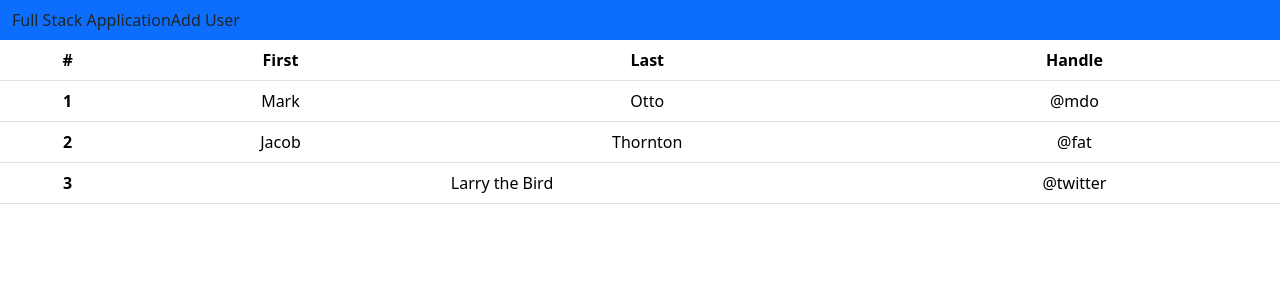
Repository: rajratangm/spring
Page: /adduser (app in front/)
These files come from the project's save history. The page is drawn as it stood at one moment and after a run of saves; the edit follows.
The browser window is 1280 px wide. The pictures show the whole page.
The project was rebuilt for these pictures with package versions that can differ from the ones it lists, and the page was loaded fresh each time.

Above is the page before, as saved 2024-05-19 17:37:48.

After the next 3 saves:
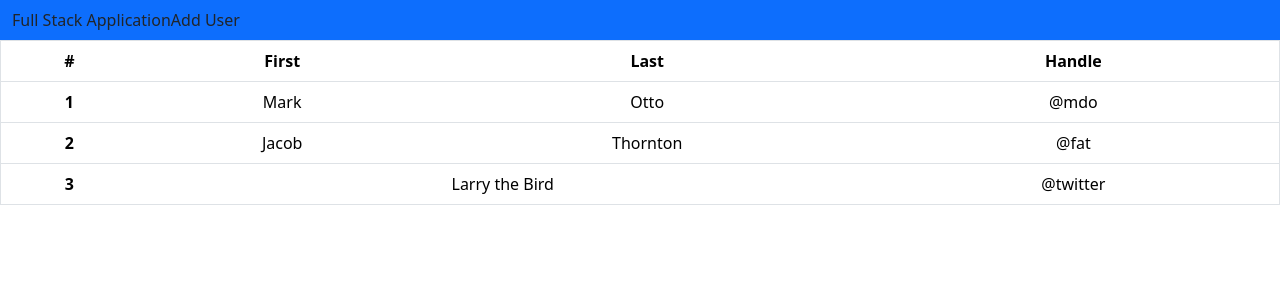
The 3 saves are shown as one change because they came seconds apart.
The last was saved 19 s later.
--- a/front/src/pages/Home.js
+++ b/front/src/pages/Home.js
@@ -4,7 +4,7 @@ const Home = () => {
   return (
     <div classNameName='container'>
         <div classNameName='py-4'>
-        <table className="table">
+        <table className="table border">
   <thead>
     <tr>
       <th scope="col">#</th>
